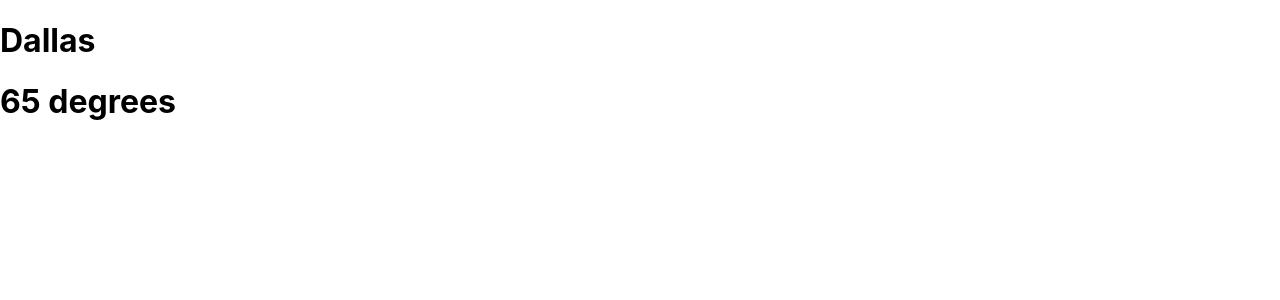
Repository: cakuang1/kanyequotes
Page: /
These files come from the project's save history. The page is drawn as it stood at one moment and after the next save; the edit follows.
The browser window is 1280 px wide. The pictures show the whole page.
The project was rebuilt for these pictures with package versions that can differ from the ones it lists, and the page was loaded fresh each time.

Above is the page before, as saved 2022-07-16 15:08:20.

After the next save:
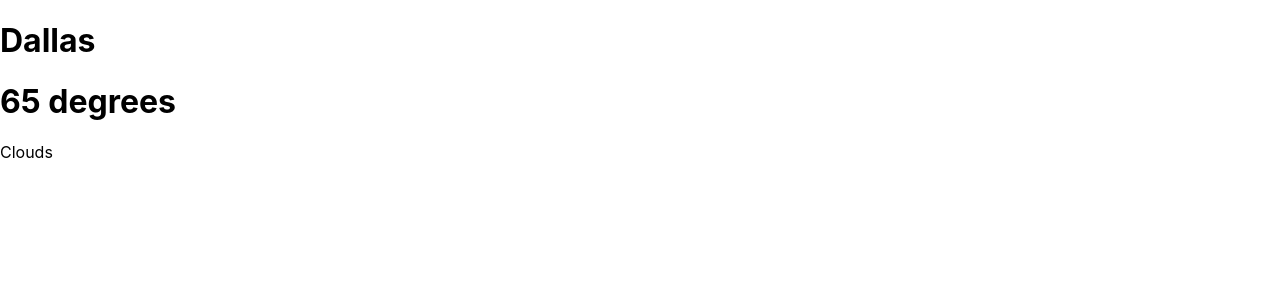
Saved 8 s later.
--- a/src/App.js
+++ b/src/App.js
@@ -18,7 +18,7 @@ function App() {
               <h1>65 degrees</h1>
             </div>
             <div className='description'>
-
+              <p>Clouds</p>
             </div>
           </div>
           <div className='bottome'>
